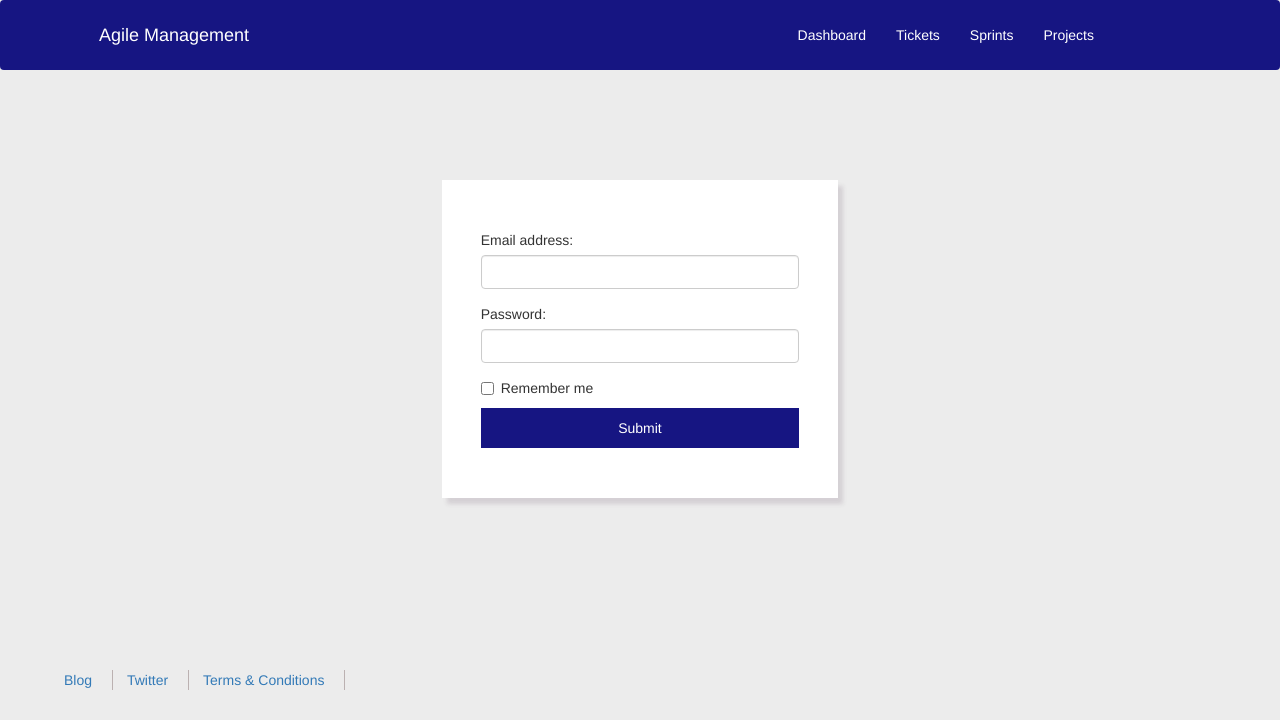
Repository: princexavier/agil
Page: http://localhost/Agile/
An editor plug-in stored every save of this project. The page is shown before and after the next save, followed by the edit.
The browser window is 1280 px wide. The pictures show the whole page.
Some web libraries are served in a nearby version. The page is served by Tomcat 9. Other server files are loaded and not shown.

Above is the page before, as saved 2018-01-19 04:36:13.

### workspace/Agile/WebContent/index.jsp
<%@ page language="java" contentType="text/html; charset=ISO-8859-1"
	pageEncoding="ISO-8859-1"%>
<!DOCTYPE html>
<html lang="en">

<head>
<meta charset="UTF-8">
<title>Login</title>
<link rel="stylesheet"
	href="https://maxcdn.bootstrapcdn.com/bootstrap/3.3.7/css/bootstrap.min.css">
<link rel="stylesheet" href="css/style.css">

<!-- jQuery library -->
<script
	src="https://ajax.googleapis.com/ajax/libs/jquery/3.2.1/jquery.min.js"></script>
<!-- Latest compiled JavaScript -->
<script
	src="https://maxcdn.bootstrapcdn.com/bootstrap/3.3.7/js/bootstrap.min.js"></script>
</head>

<body>
	<header style="position:fixed;top:0px;width:100%;">
		<nav class="navbar navbar-default">
			<div class="container-fluid">
				<div class="navbar-header">
					<a class="navbar-brand" href="#">Agile Management</a>
				</div>
				<ul class="nav navbar-nav">
					<li class="active"><a href="#">Dashboard</a></li>
					<li><a href="ticket.html">Tickets</a></li>
					<li><a href="ticket.html">Sprints</a></li>
					<li><a href="#">Projects</a></li>
				</ul>
			</div>
		</nav>
	</header>
	<div class="container"
		style="height: 100vh; width: 100%; background: #ececec;">
		<div class="row">
			<div class="col-md-4"></div>
			<div class="col-md-4">
				<form action="project.html"
					style="padding: 50px 39px; box-shadow: 5px 6px 4px #d4cfd4f7; background: #fff; margin-top: 180px;">
					<div class="form-group">
						<label for="email">Email address:</label> <input type="email"
							class="form-control" id="email">
					</div>
					<div class="form-group">
						<label for="pwd">Password:</label> <input type="password"
							class="form-control" id="pwd">
					</div>
					<div class="checkbox">
						<label> <input type="checkbox"> Remember me
						</label>
					</div>
					<input type="submit"
						style="padding: 10px 0px; border: none; width: 100%; background: #161582; color: #fff;">
				</form>
			</div>
			<div class="col-md-4"></div>
		</div>
	</div>
	<footer>
		<ul class="foot-content">
			<li><a href="#">Blog</a></li>
			<li><a href="#">Twitter</a></li>
			<li><a href="#">Terms & Conditions</a></li>
		</ul>
	</footer>
</body>

</html>

### workspace/Agile/WebContent/css/style.css
* {
    margin: 0px;
    padding: 0px;
    text-decoration: none;
    list-style-type: none;
}

a:hover {
    text-decoration: none;
}

.divider-1 {

    display: inline-block;
    width: calc(100% / 1);
    float: left;
}

.divider-2 {
    display: inline-block;
    width: calc(100% / 2);
    float: left;
}

.color {
    color: #161582;
    padding-right: 5px;
    cursor: pointer;
    transition: 0.2s ease-in-out;
}

.color:hover {
    color: #16158261;
}

.clearfix:after {
    content: "";
    display: block;
    clear: both;
}

.navbar-nav {
    float: right;
    margin-right: 100px;
}

.navbar-default {
    border: none;
    padding: 10px 56px 10px 84px;
    background: #161582;
    margin-bottom: 0px;
}

.navbar-brand,
.navbar-nav>li>a {

    color: #fff !important;
}

nav .active a {
    background-color: transparent !important;
}

.dashboard {
    padding: 20px 0px;
    background: #ececec;
}

.dash-title {
    padding-left: 111px;
}

.auth {
    background: #ececec;
    padding: 20px;
}

.left-content>span {
    display: block;
}

.lab-title {
    padding: 20px 0px;
}

.bg {
    margin-top: 20px;
    padding: 10px 0px;
    background: #a6e4a6;
}

.bg a >button {
    float: right;
    margin-right: 20px;
    border: none;
}

footer {
    position: fixed;
    bottom: 0px;
    width: 100%;
    padding: 20px 0px;
    background: #ececec;
}

.right-bor {
    border-right: 1px solid #ececec;
}

.foot-content:first-child {
    margin-left: 64px;
    margin-top: 10px;
}

.foot-content li {
    border-right: 1px solid #a79a9ab8;
    padding-right: 20px;
    display: inline-block;
    margin-right: 10px;
}

.bar {
    width: 90%;
    background: #ececec;
    border-left: 10px solid blue;
}

.bar>span {
    float: right;
}



/*Ticket page style */

.btn-style {
    border: none;
    color: #fff;
    outline: none;
    background: #161582;
    transition: 0.5s ease-in-out;
}
.first-btn{
	margin-left: 150px
}
.btn-style:hover{
	background: #161582a8;
}
.icon-style{
	padding-right: 10px;
}
.events{

}
.list-style{
	padding: 10px 0px;
}


/*New ticket page style*/

.cs-btn{
    padding: 11px 10px;
    margin-left: 150px;
    color: #ffff;
    background: #161582;
    transition: 0.5s ease-in-out;
}
.cs-btn:hover{
 background: #1615825c;
 color: #fff;
}
textarea {
    resize: none;
}
.nav-tabs{
    margin-bottom: 50px;
}
label{
    font-weight: 300;
}
.btn-primary{
    background-color: #161582;
}
#menu4 > p{
    padding: 20px 10px;
    background: #ececec;
    margin-bottom: 40px;
}
input[type="date"]{
    border-radius: 4px;
}

After the next save:
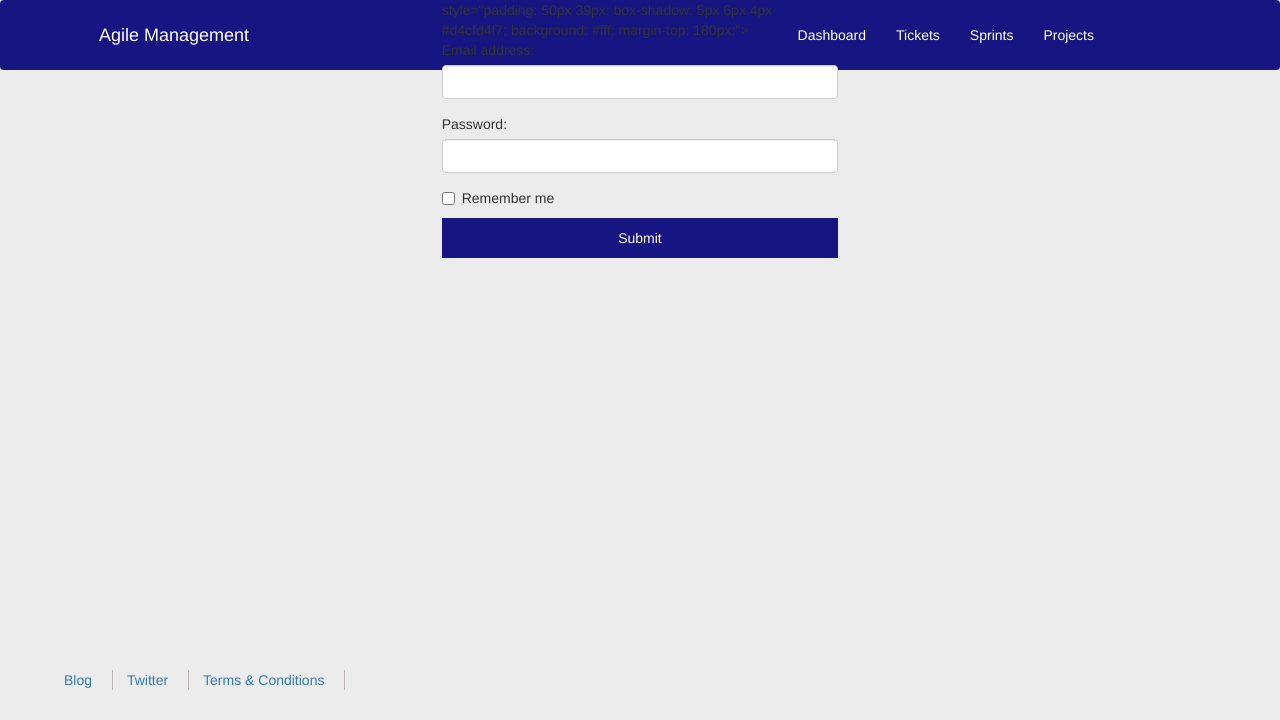
Saved 28 s later.
--- a/workspace/Agile/WebContent/index.jsp
+++ b/workspace/Agile/WebContent/index.jsp
@@ -39,7 +39,7 @@
 		<div class="row">
 			<div class="col-md-4"></div>
 			<div class="col-md-4">
-				<form action="project.html"
+				<form action="project.html">
 					style="padding: 50px 39px; box-shadow: 5px 6px 4px #d4cfd4f7; background: #fff; margin-top: 180px;">
 					<div class="form-group">
 						<label for="email">Email address:</label> <input type="email"
